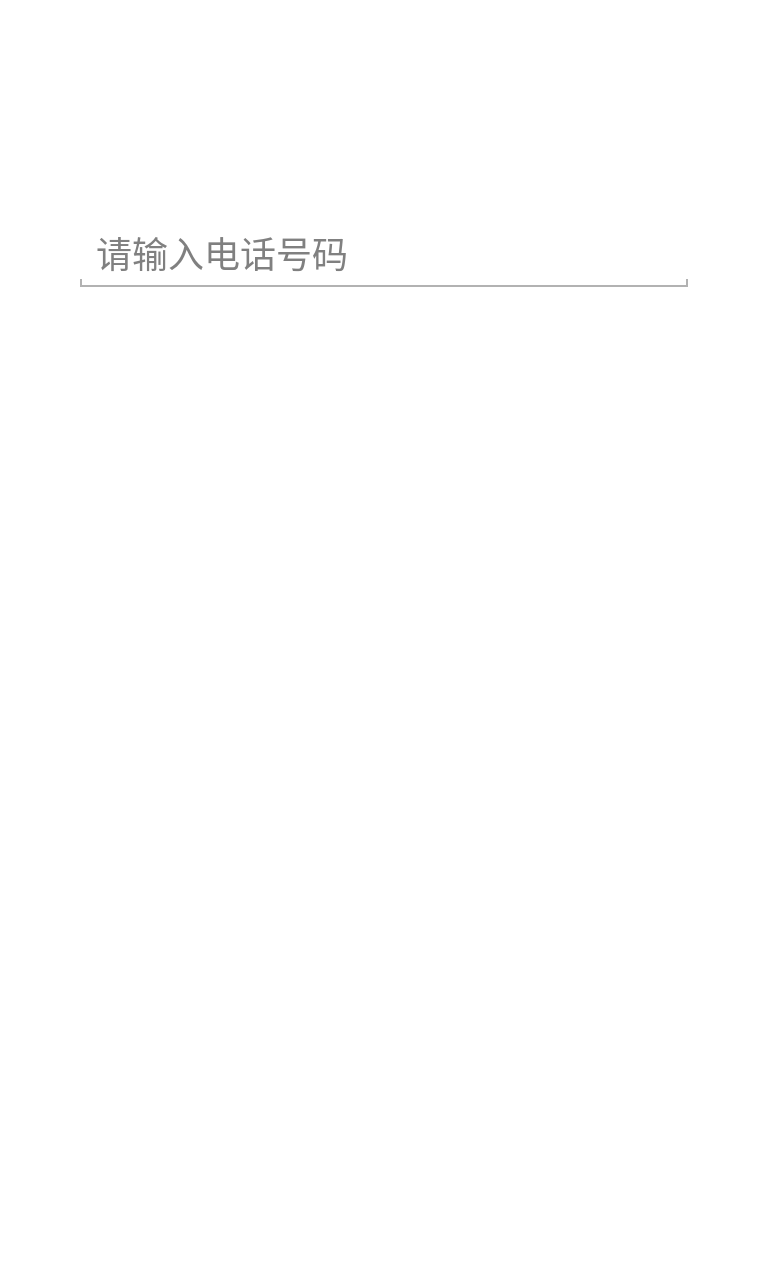
Repository: sonyi/androidClass
Layout: day04/PhoneDemo/res/layout/activity_main.xml
These files come from the project's save history. The layout is drawn as it stood at one moment and after the next save; the edit follows.
It is drawn on a 768 x 1280 px phone screen (xhdpi) without system bars, with theme AppTheme; the app's code is not run.

Above is the layout before, as saved 2014-05-29 09:35:36.

After the next save:
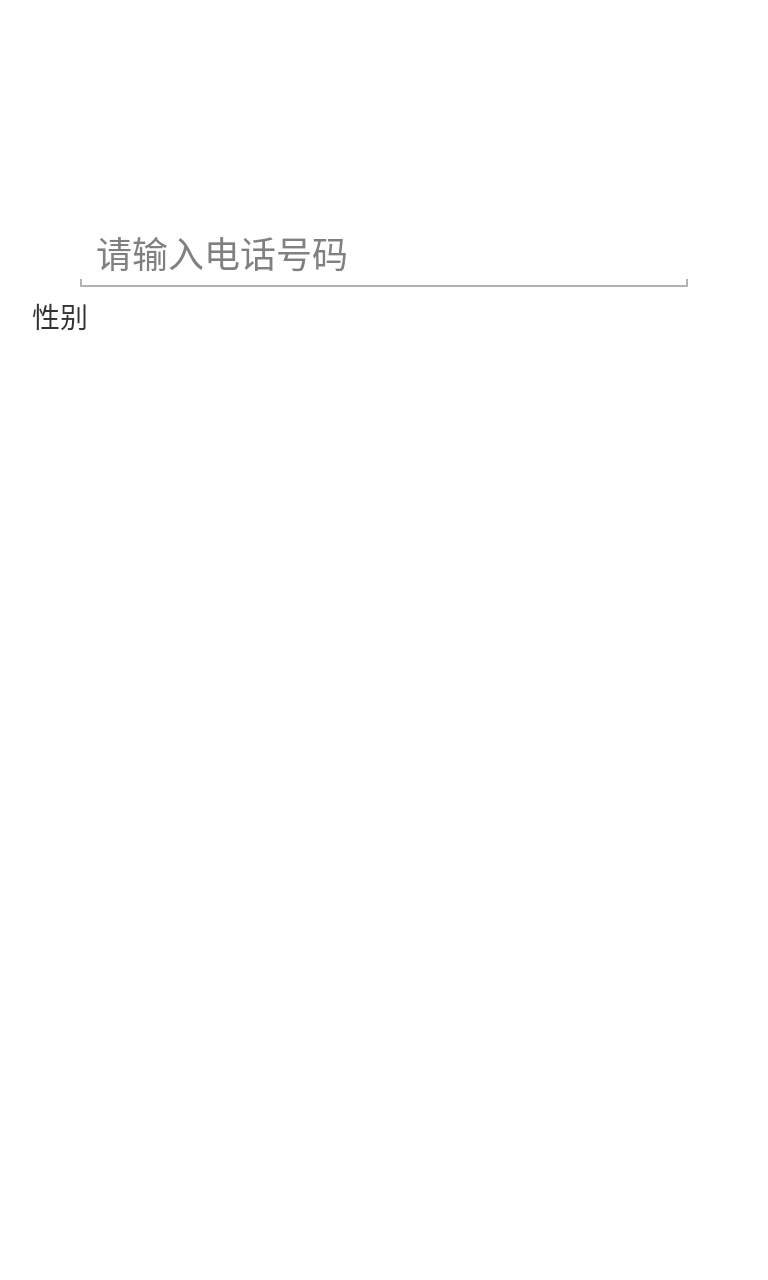
Saved 15 s later.
--- a/day04/PhoneDemo/res/layout/activity_main.xml
+++ b/day04/PhoneDemo/res/layout/activity_main.xml
@@ -27,4 +27,10 @@
         android:inputType="phone"
         android:maxLength="11" />
 
+    <TextView android:id="@+id/tv_sex"
+        android:layout_width="wrap_content"
+        android:layout_height="wrap_content"
+        android:layout_below="@id/phone_number"
+        android:text="@string/sex"/>
+
 </RelativeLayout>
